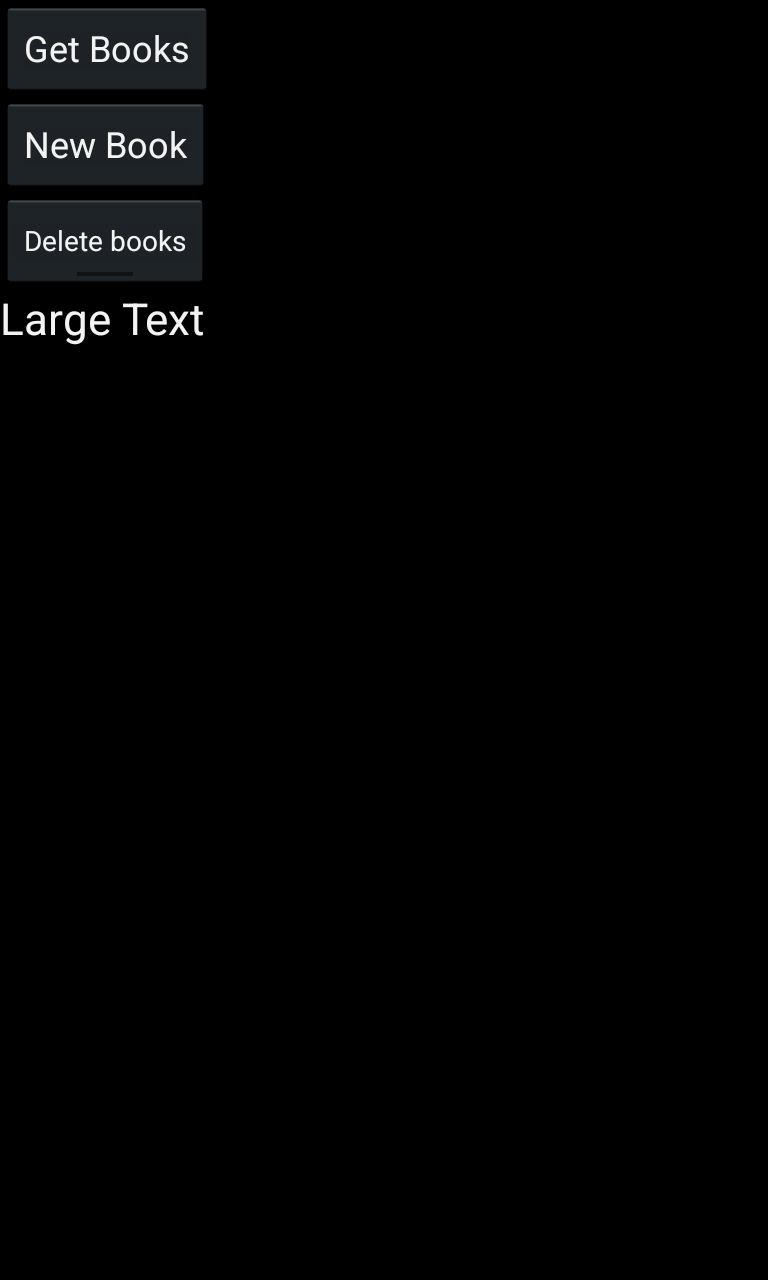
Repository: ringe/andra
Layout: Bookie/res/layout/main.xml
An editor plug-in stored every save of this project. The layout is shown before and after the next save, followed by the edit.
It is drawn on a 768 x 1280 px phone screen (xhdpi) without system bars, with theme android:Theme.Holo; the app's code is not run.

Above is the layout before, as saved 2012-02-29 10:18:24.

### Bookie/res/layout/main.xml
<?xml version="1.0" encoding="utf-8"?>
<LinearLayout xmlns:android="http://schemas.android.com/apk/res/android"
    android:layout_width="fill_parent"
    android:layout_height="fill_parent"
    android:orientation="vertical" >

    <Button
        android:id="@+id/getBook"
        android:layout_width="wrap_content"
        android:layout_height="wrap_content"
        android:text="Get Books" />

    <Button
        android:id="@+id/newbook"
        android:layout_width="wrap_content"
        android:layout_height="wrap_content"
        android:text="New Book" />

    <ToggleButton
        android:id="@+id/deletebook"
        android:layout_width="wrap_content"
        android:layout_height="wrap_content"
        android:text="Delete Books"
        android:textOff="Delete books"
        android:textOn="Deleting books" />

    <TextView
        android:id="@+id/bookName"
        android:layout_width="match_parent"
        android:layout_height="wrap_content"
        android:layout_weight="0.06"
        android:text="Large Text"
        android:textAppearance="?android:attr/textAppearanceLarge" />

</LinearLayout>

After the next save:
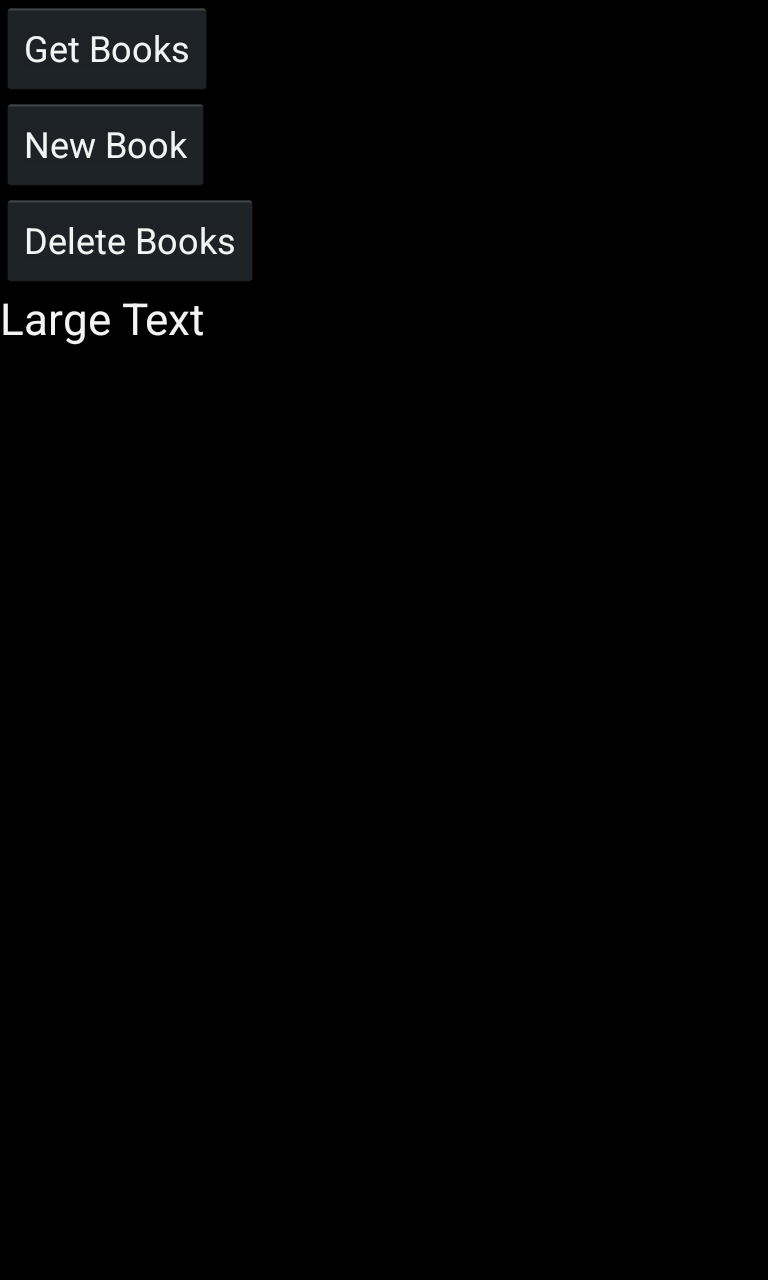
Saved 33 s later.
--- a/Bookie/res/layout/main.xml
+++ b/Bookie/res/layout/main.xml
@@ -16,13 +16,11 @@
         android:layout_height="wrap_content"
         android:text="New Book" />
 
-    <ToggleButton
+    <Button
         android:id="@+id/deletebook"
         android:layout_width="wrap_content"
         android:layout_height="wrap_content"
-        android:text="Delete Books"
-        android:textOff="Delete books"
-        android:textOn="Deleting books" />
+        android:text="Delete Books"/>
 
     <TextView
         android:id="@+id/bookName"
